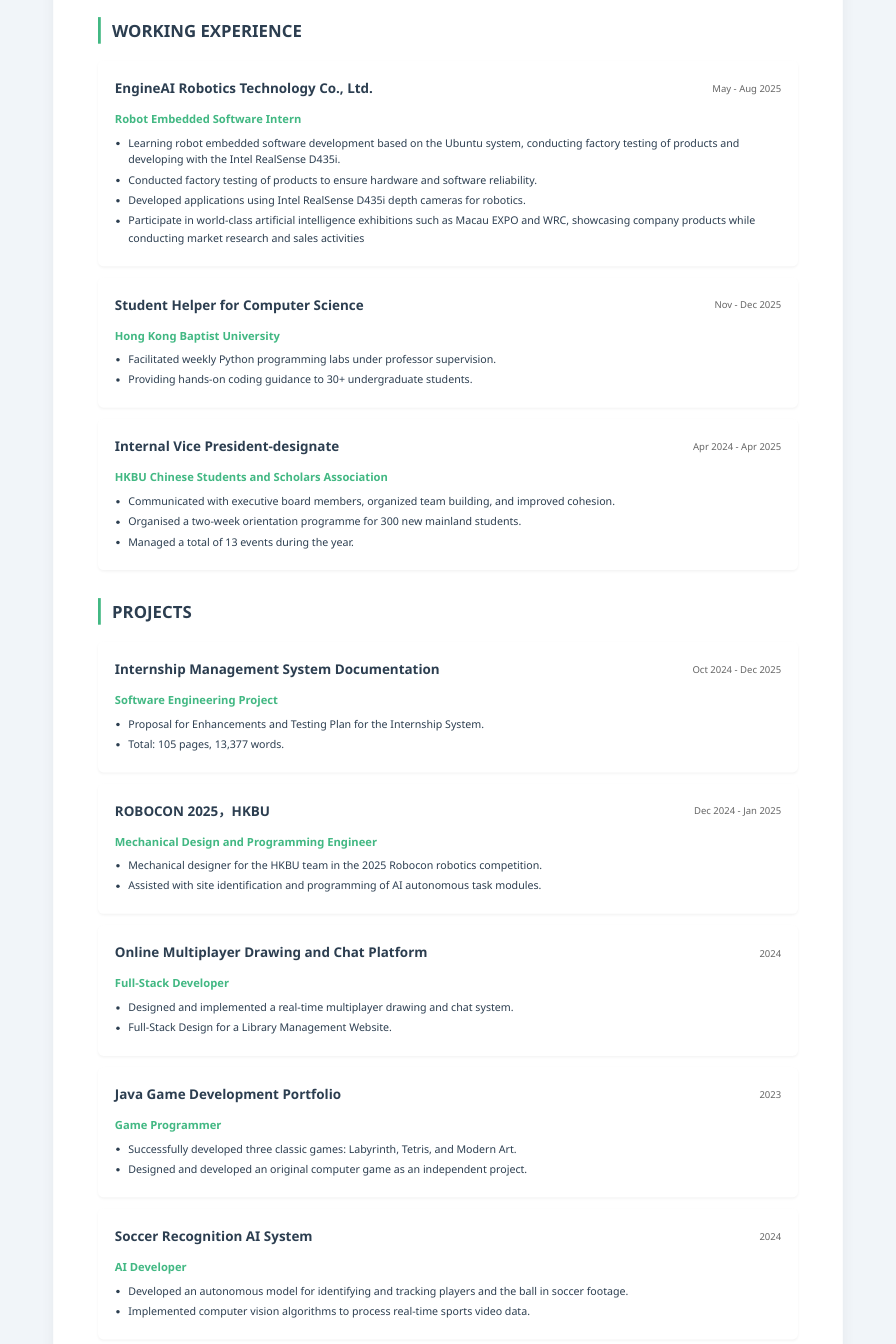
Repository: hhl2802149944-afk/hhl2802149944-afk.github.io
Page: /
An editor plug-in stored every save of this project. The page is shown before and after the next save, followed by the edit.
The browser window is 1280 px wide. The pictures show the part of the page from y = 449 to 2369 px (the page is 2887 px tall before and 2828 px after), at 70% of full size.
The project was rebuilt for these pictures with package versions that can differ from the ones it lists, and the page was loaded fresh each time. Also part of the build but not shown: vite.config.js.

Above is the page before, as saved 2026-01-19 14:43:49.

After the next save:
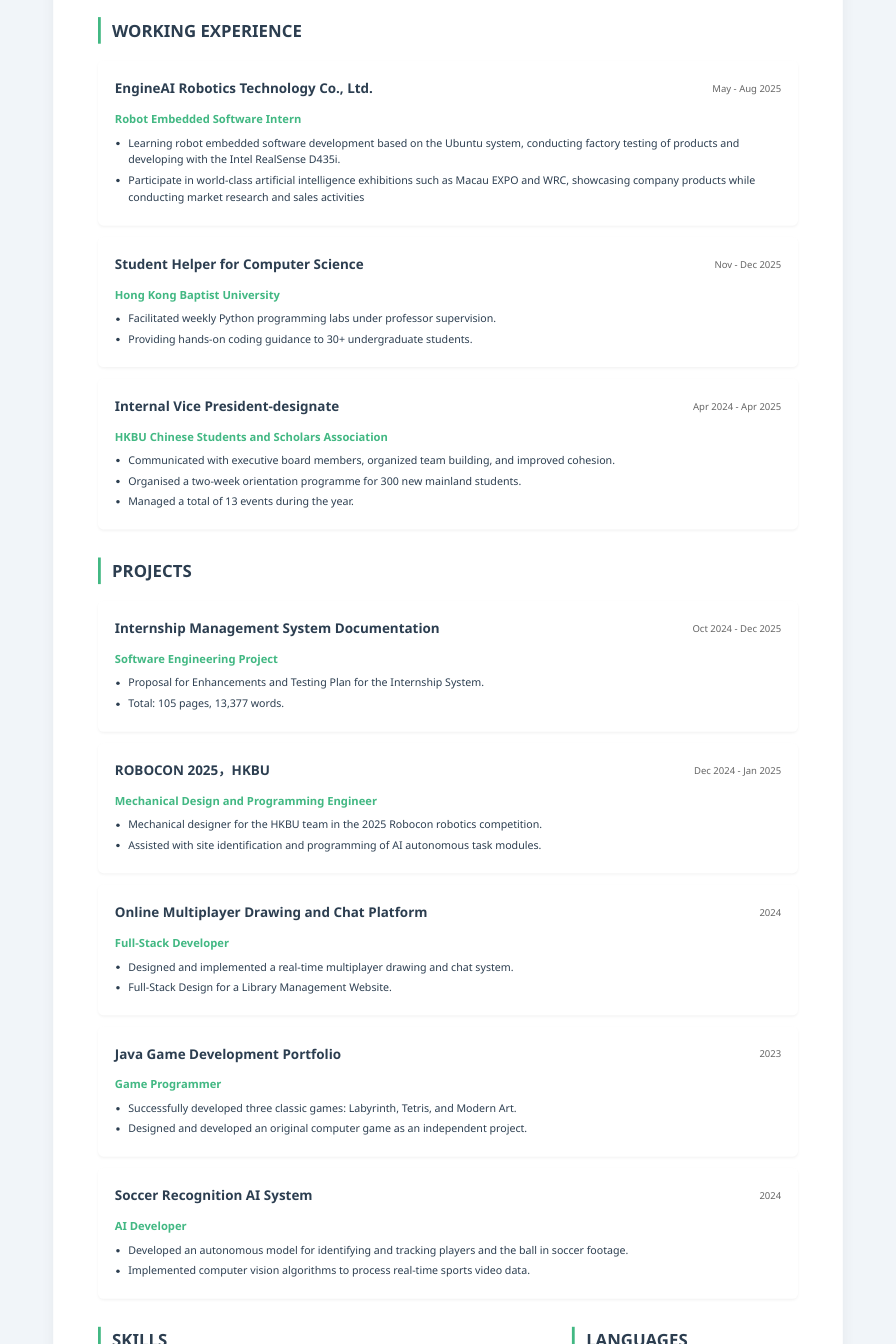
Saved 17 s later.
--- a/src/views/HomeView.vue
+++ b/src/views/HomeView.vue
@@ -24,8 +24,6 @@ const resumeData = {
       role: "Robot Embedded Software Intern",
       details: [
         "Learning robot embedded software development based on the Ubuntu system, conducting factory testing of products and developing with the Intel RealSense D435i.",
-        "Conducted factory testing of products to ensure hardware and software reliability.",
-        "Developed applications using Intel RealSense D435i depth cameras for robotics.",
         "Participate in world-class artificial intelligence exhibitions such as Macau EXPO and WRC, showcasing company products while conducting market research and sales activities"
       ]
     },
